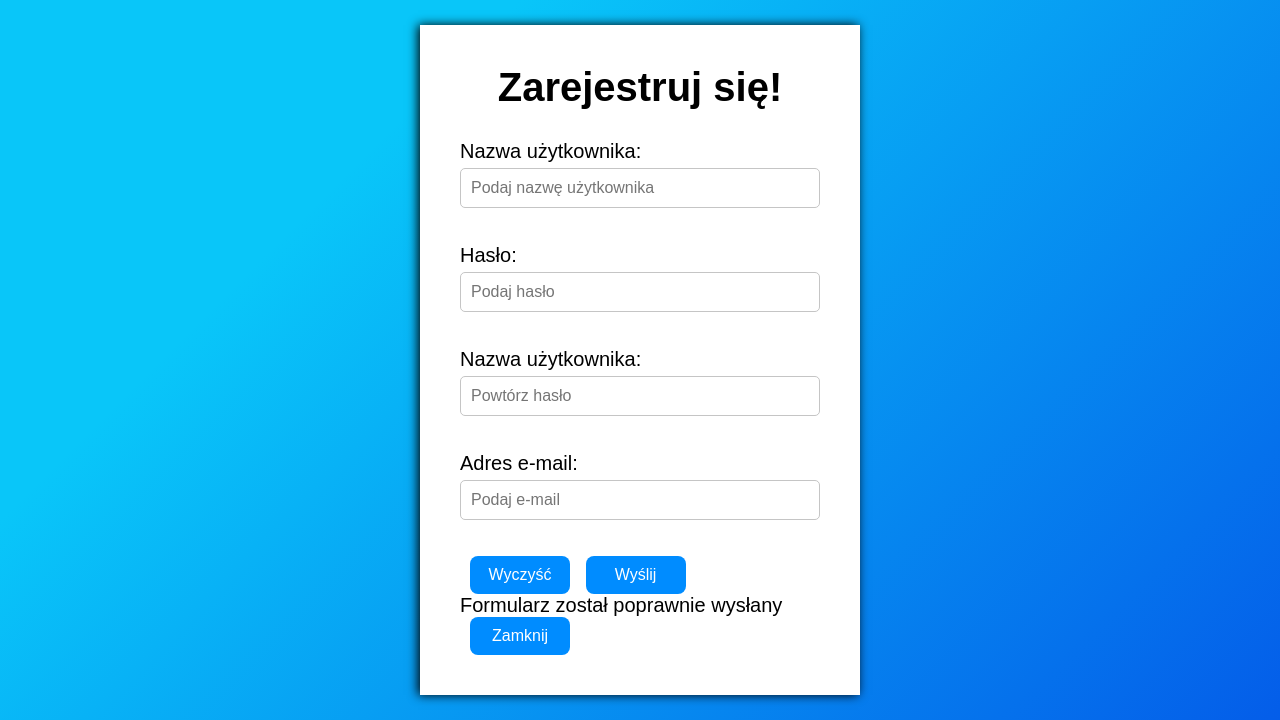
Repository: KrzysKolo/Projekt-3_Formularz-rejestracyjny
Page: index.html
An editor plug-in stored every save of this project. The page is shown before and after the next save, followed by the edit.
The browser window is 1280 px wide. The pictures show the whole page.
Some web fonts or font styles are not loaded; a fallback is used.

Above is the page before, as saved 2020-07-04 02:28:39.

After the next save:
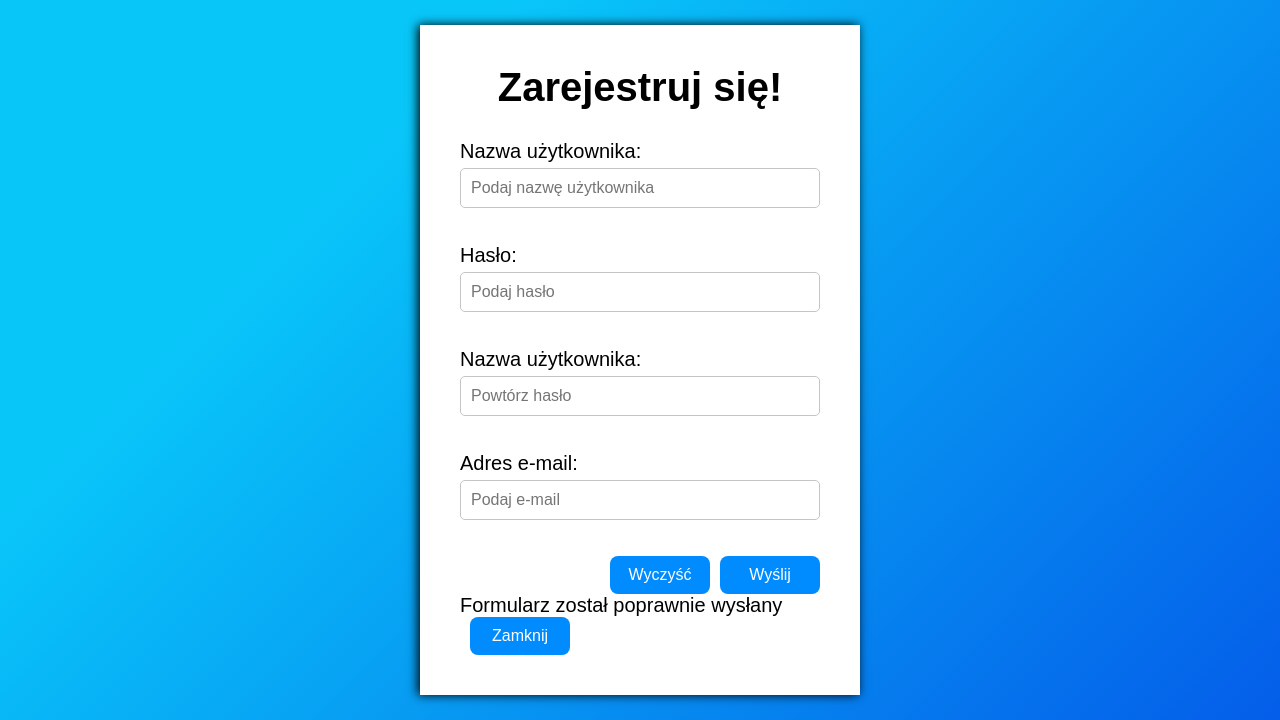
Saved 16 s later.
--- a/css/style.css
+++ b/css/style.css
@@ -52,7 +52,7 @@ h1 {
 .form-box.error .error-text {
   visibility: visible;
 }
-.control-buttons {
+.control-button {
   display: flex;
   flex-direction: row;
   justify-content: flex-end;
